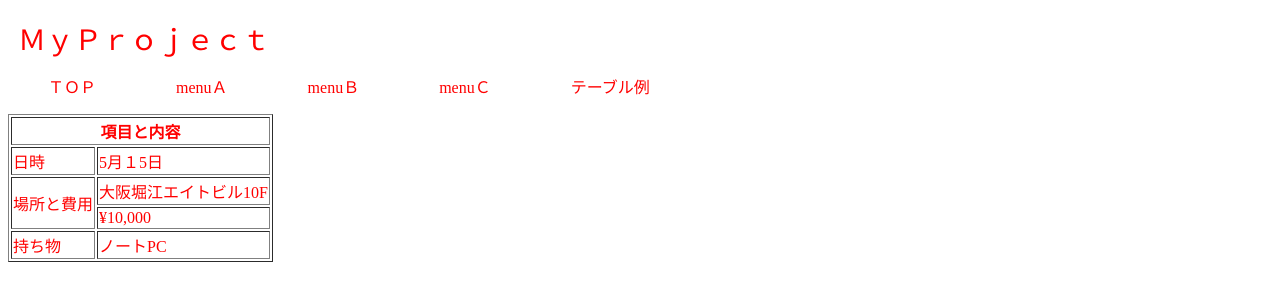
Repository: user10112018/test
Page: http://localhost/MyProject/
The author's editor kept a copy of each file at every save. The page is drawn from the files as they stood at one save, then again after the next save.
The browser window is 1280 px wide. The pictures show the whole page.
The page is served by Tomcat 9. Other server files are loaded and not shown.

Above is the page before, as saved 2018-11-14 02:03:02.

### MyProject/WebContent/index.jsp
<%@ page language="java" contentType="text/html; charset=UTF-8"
    pageEncoding="UTF-8"%>
<%@ taglib prefix="s" uri="/struts-tags" %>
<!DOCTYPE html>
<html>
<head>
<meta charset="UTF-8">
<link rel="stylesheet" href="./css/style01.css">

<title>Index</title>



</head>


<body>
<!-- ============== ココカラ =============== -->

<!-- ==== header ===== -->
<header>


<div id="logo">ＭｙＰｒｏｊｅｃｔ</div>


<div id="menu">

<ul>
   <li>ＴＯＰ</li>
   <li>menuＡ</li>
   <li>menuＢ</li>
   <li>menuＣ</li>
</ul>

</div>

</header>

<!-- ==== main ===== -->


<p>テーブル例</p>
<table border="1">
     <tr><th colspan="2">項目と内容</th></tr>
     <tr><td>日時</td><td>5月１5日</td></tr>
     <tr><td rowspan="2">場所と費用</td><td>大阪堀江エイトビル10F</td></tr>
     <tr><td>¥10,000</td></tr>
     <tr><td>持ち物</td><td>ノートPC</td></tr>
</table>





<!-- ==== footer ===== -->

</body>

</html>

### MyProject/WebContent/css/style01.css
@CHARSET "UTF-8";

body {
	color: red;
}


#header{
	position: absolute;
	left: 0px;
	background-color: black;
	width: 100%;
}


#logo{
	font-size: 28px;
/* 	color: red; */
/* 	font-family:  */
    padding-top: 10px;
    padding-left: 10px;


}

#menu{
/* 	width: 100%; */
	heiht: 70px;
	background-color: black;
}

#menu ul{
/* 	padding-right: 20px; */

}

#menu ul li{
	float: left;
	list-style: none;
/* 	color: red; */
	font-size: 16px;
	padding-right: 80px;
/* 	text-align: left; */
    height: 24px;
}

#main{
	clear: both;
}

After the next save:
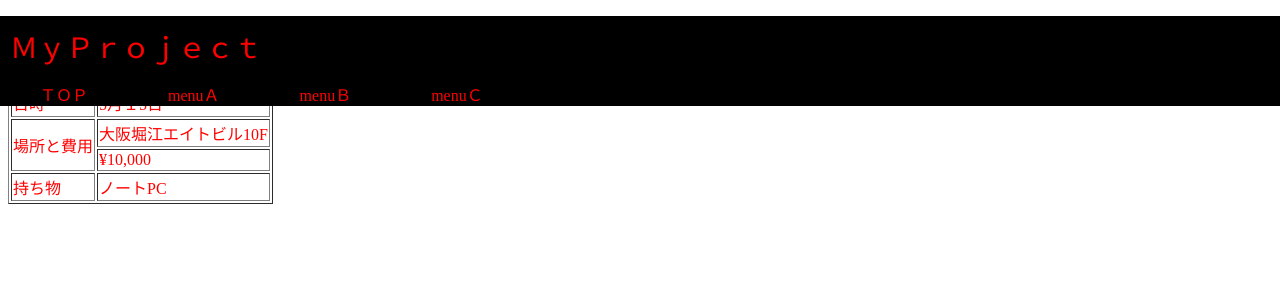
Saved 12 s later.
--- a/MyProject/WebContent/css/style01.css
+++ b/MyProject/WebContent/css/style01.css
@@ -5,7 +5,7 @@
 }
 
 
-#header{
+header{
 	position: absolute;
 	left: 0px;
 	background-color: black;
